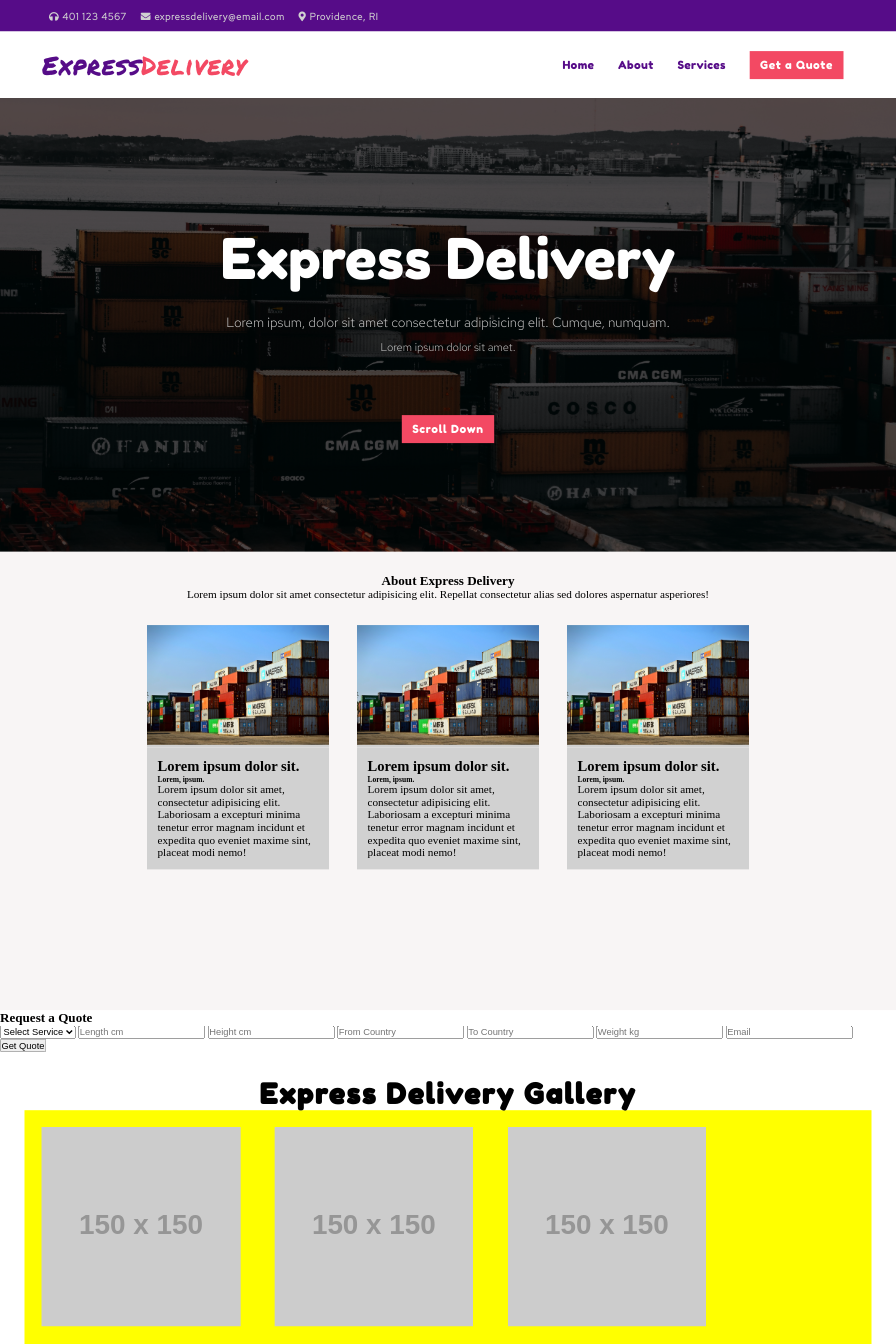
Repository: just-mann/express-delivery
Page: index.html
An editor plug-in stored every save of this project. The page is shown before and after the next save, followed by the edit.
The browser window is 1280 px wide. The pictures show the part of the page from y = 0 to 1920 px (the page is 3134 px tall), at 70% of full size.
The style sheet was rebuilt from its Sass, Less or Tailwind sources for each picture, by a compiler version that may differ from the author's.

Above is the page before, as saved 2021-06-30 15:53:19.

After the next save:
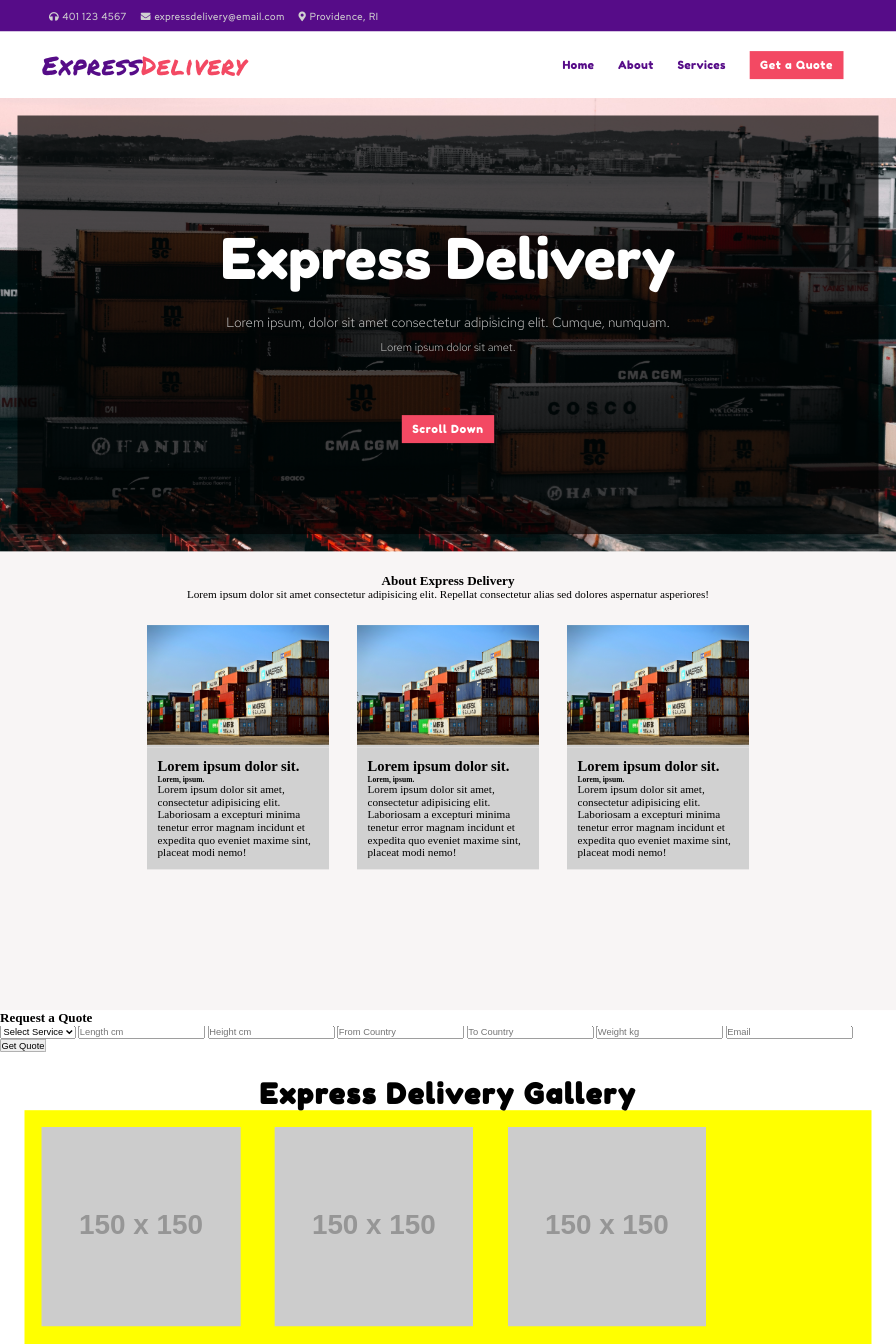
Saved 48 s later.
--- a/Sass/style.scss
+++ b/Sass/style.scss
@@ -97,6 +97,7 @@
         .hero__section {
             width: 100%;
             height: 100%;
+            padding: 25px;
             display: flex;
             justify-content: center;
             align-items: center;

After the save that followed:
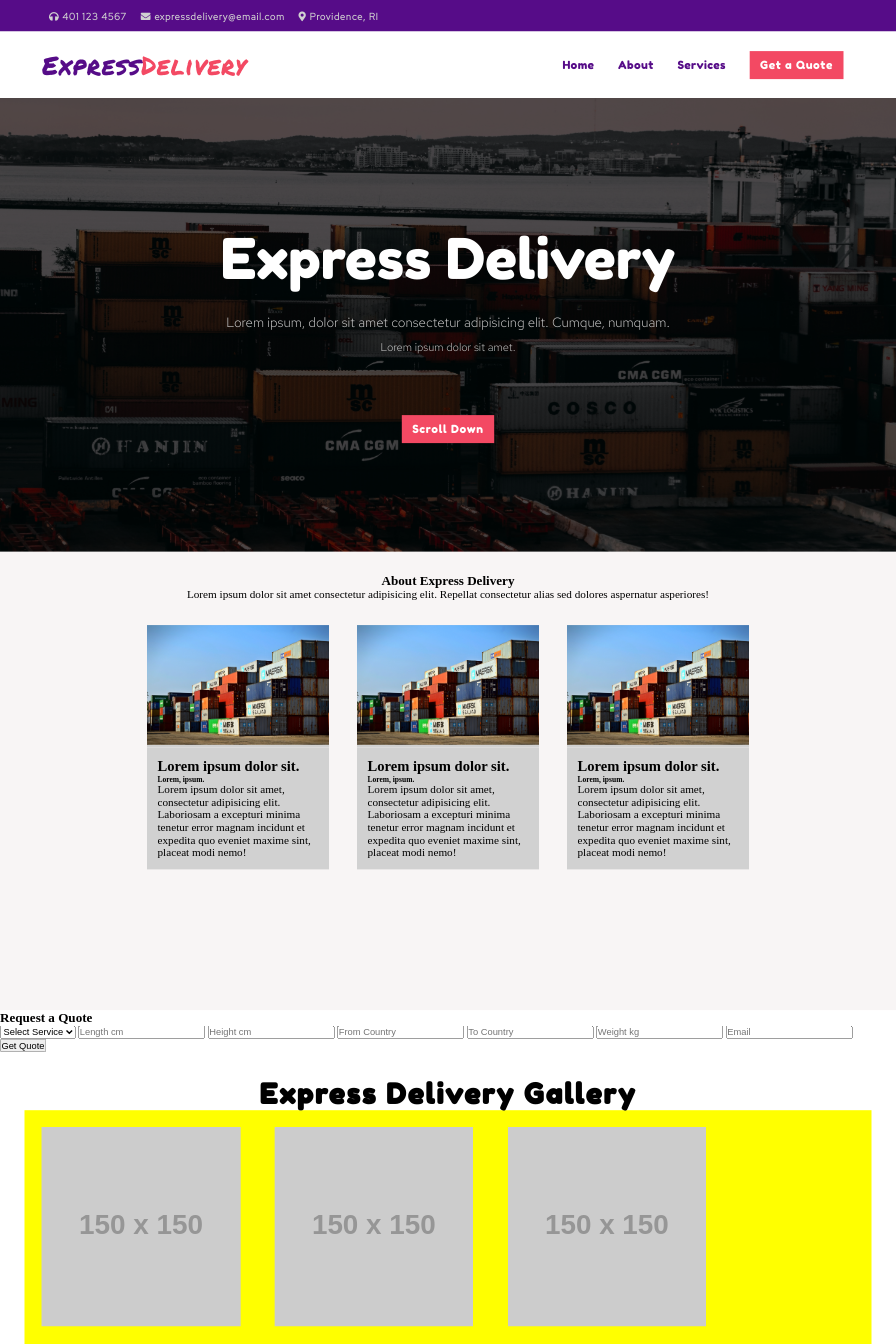
Saved 15 s later.
--- a/Sass/style.scss
+++ b/Sass/style.scss
@@ -97,7 +97,6 @@
         .hero__section {
             width: 100%;
             height: 100%;
-            padding: 25px;
             display: flex;
             justify-content: center;
             align-items: center;
@@ -108,6 +107,7 @@
                 background: rgba(0, 0, 0, 0.678);
                 height: 100%;
                 width: 100%;
+                padding: 25px;
                 display: flex;
                 align-items: center;
                 justify-content: center;
